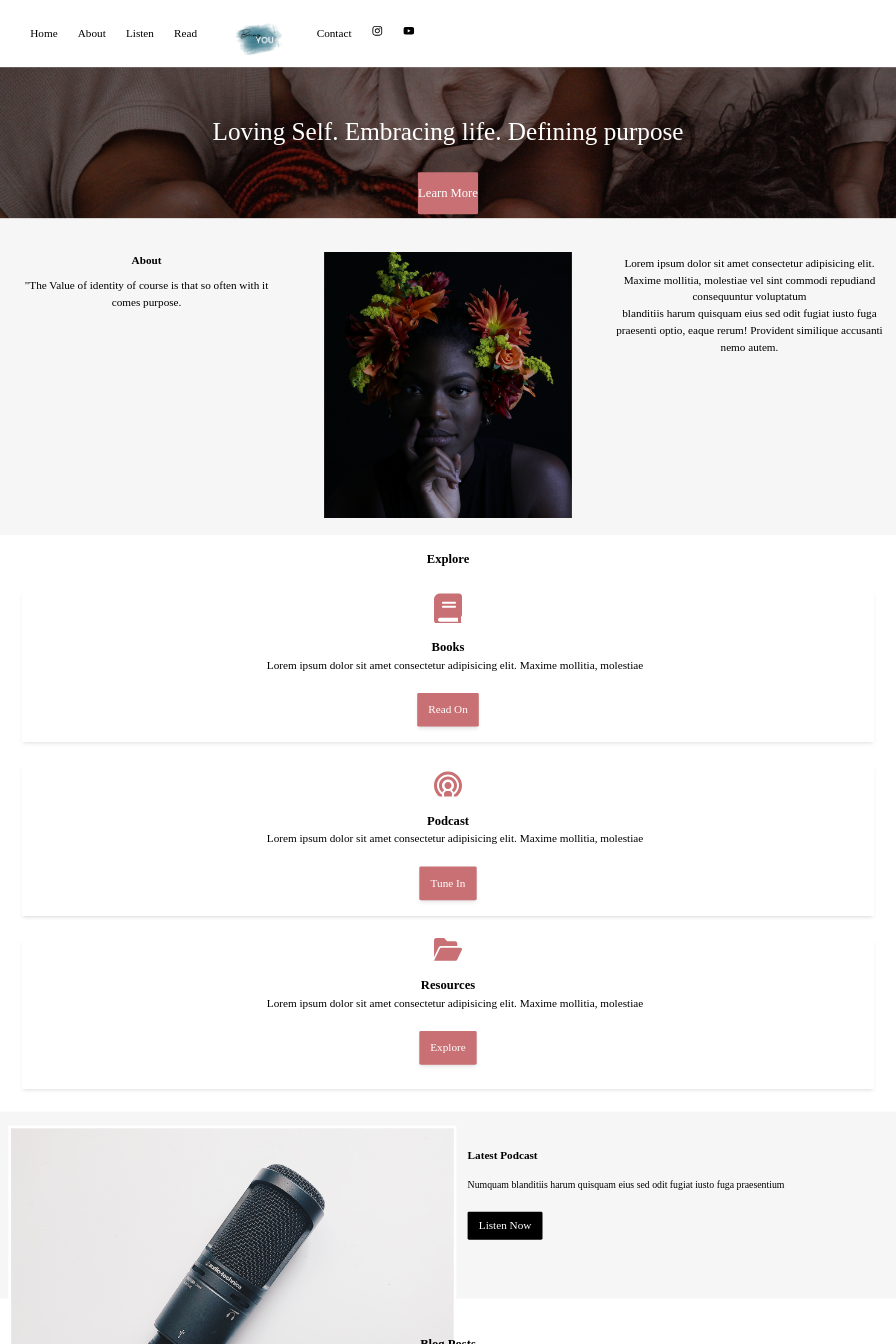
Repository: BrightonMboya/being-you
Page: /
An editor plug-in stored every save of this project. The page is shown before and after the next save, followed by the edit.
The browser window is 1280 px wide. The pictures show the part of the page from y = 0 to 1920 px (the page is 3088 px tall), at 70% of full size.
The project was rebuilt for these pictures with package versions that can differ from the ones it lists, and the page was loaded fresh each time.

Above is the page before, as saved 2022-05-29 10:09:39.

After the next save:
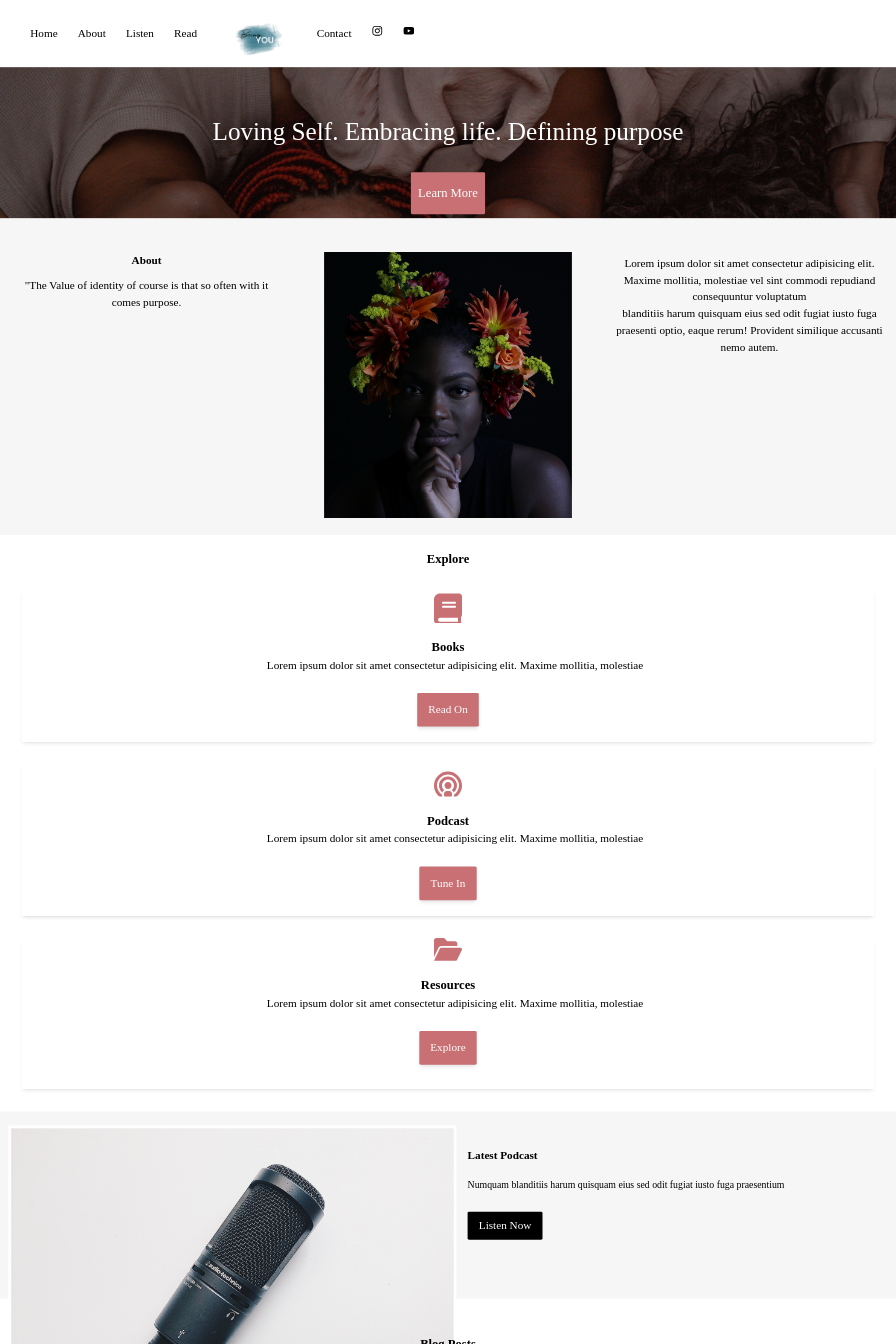
Saved 5 s later.
--- a/src/Components/Hero-Section/HeroSection.jsx
+++ b/src/Components/Hero-Section/HeroSection.jsx
@@ -15,7 +15,7 @@
           Loving Self. Embracing life. Defining purpose
         </h3>
 
-        <button className="bg-[#C87073] text-white py-1.5 mt-4 px-2.3 rounded-sm font-normal text-base md:py-4  text-lg">
+        <button className="bg-[#C87073] text-white py-1.5 mt-4 px-2.5 rounded-sm font-normal text-base md:py-4  text-lg">
           Learn More
         </button>
       </div>
